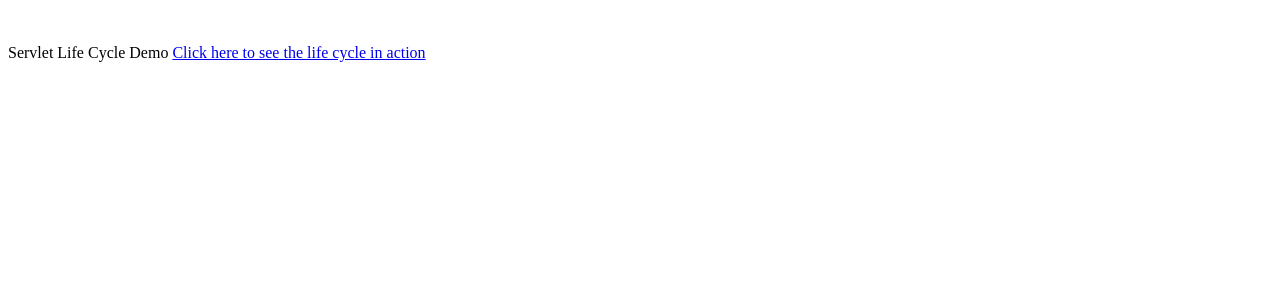
Repository: ashokwork1/slma
Page: ServletDemoWithWebXML/WebContent/index.html
An editor plug-in stored every save of this project. The page is shown before and after the next save, followed by the edit.
The browser window is 1280 px wide. The pictures show the whole page.

Above is the page before, as saved 2023-05-24 09:26:34.

### ServletDemoWithWebXML/WebContent/index.html
<br><br>
Servlet Life Cycle Demo
<a href="life-cycle"> Click here to see the life cycle in action</a>

<br><br>

After the next save:
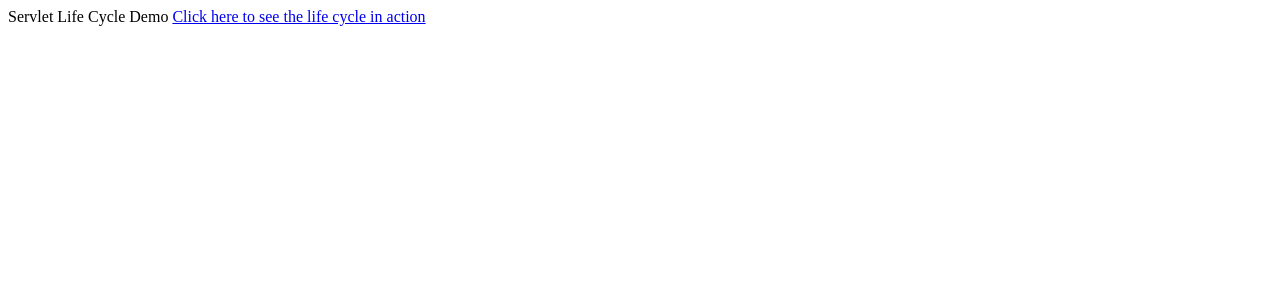
Saved 5 min 10 s later.
--- a/ServletDemoWithWebXML/WebContent/index.html
+++ b/ServletDemoWithWebXML/WebContent/index.html
@@ -1,5 +1,6 @@
-<br><br>
+
 Servlet Life Cycle Demo
 <a href="life-cycle"> Click here to see the life cycle in action</a>
 
-<br><br>
+<br>
+<br>
